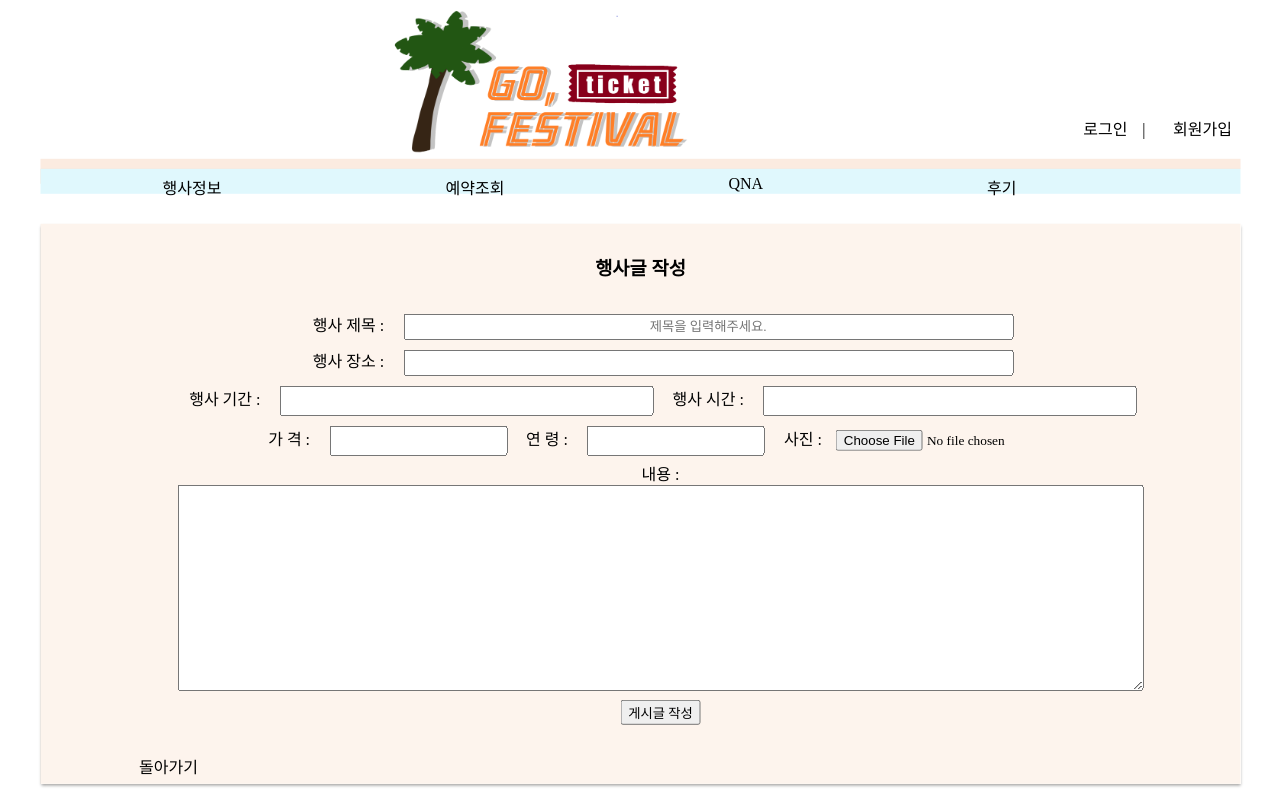
Repository: Changgyu1/Chang_Gu
Page: http://localhost/Project/Event_add.jsp
The author's editor kept a copy of each file at every save. The page is drawn from the files as they stood at one save, then again after the next save.
The browser window is 1280 px wide. The pictures show the whole page.
Some web fonts or font styles are not loaded; a fallback is used. The page is served by Tomcat 9.

Above is the page before, as saved 2023-11-14 05:24:35.

After the next save:
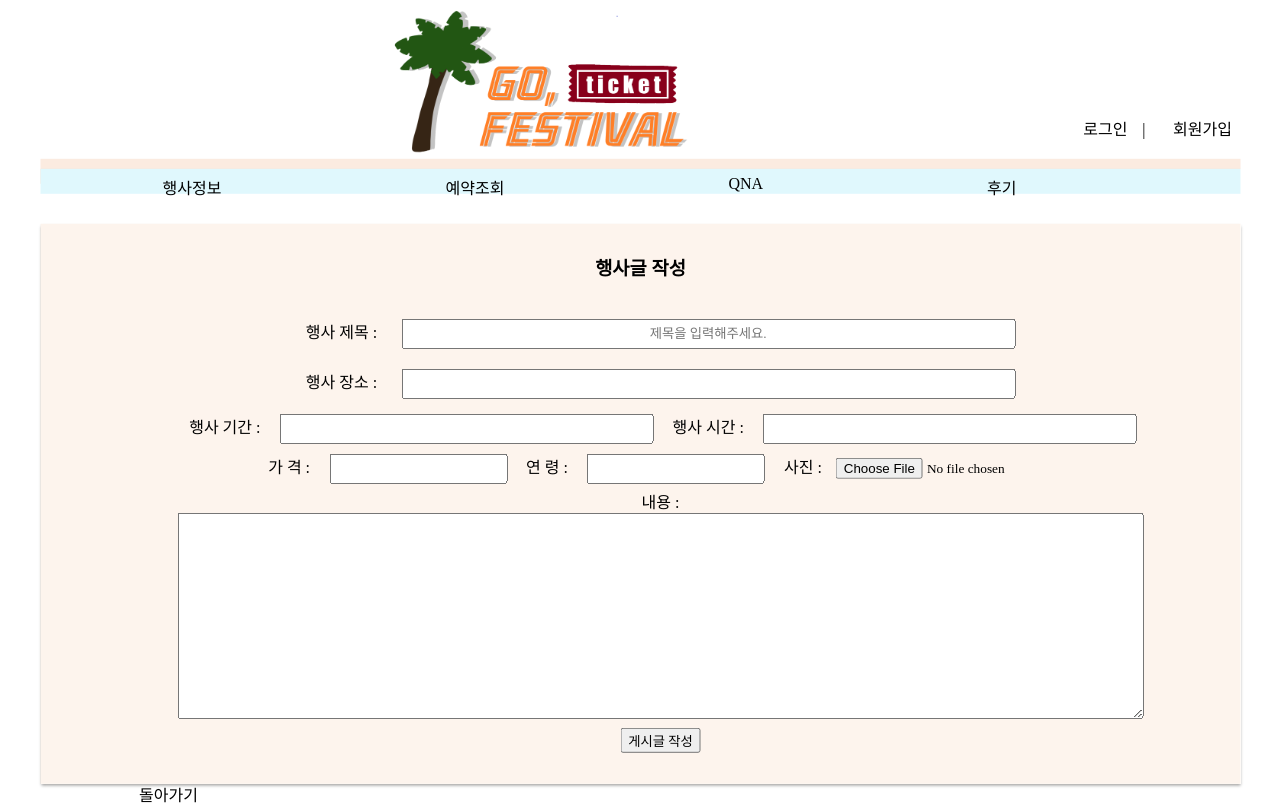
Saved 5 s later.
--- a/Project/src/main/webapp/Event_add.jsp
+++ b/Project/src/main/webapp/Event_add.jsp
@@ -14,8 +14,8 @@
             width: 100%;
         }
         #event_name,#event_location{
-            padding: 3px;
-            margin: 5px;
+            padding: 5px;
+            margin: 10px;
             width: 50%;
         }
         #event_day,#event_time{
